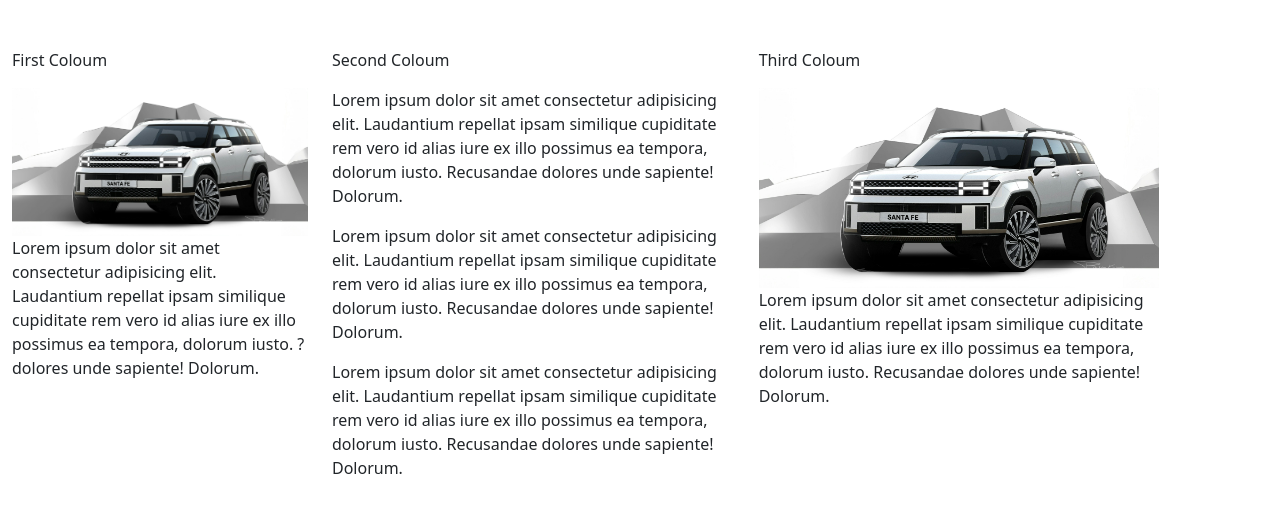
Repository: Femi007-gh/Classwork
Page: index.html
The author's editor kept a copy of each file at every save. The page is drawn from the files as they stood at one save, then again after the next save.
The browser window is 1280 px wide. The pictures show the whole page.

Above is the page before, as saved 2025-02-02 21:58:30.

After the next save:
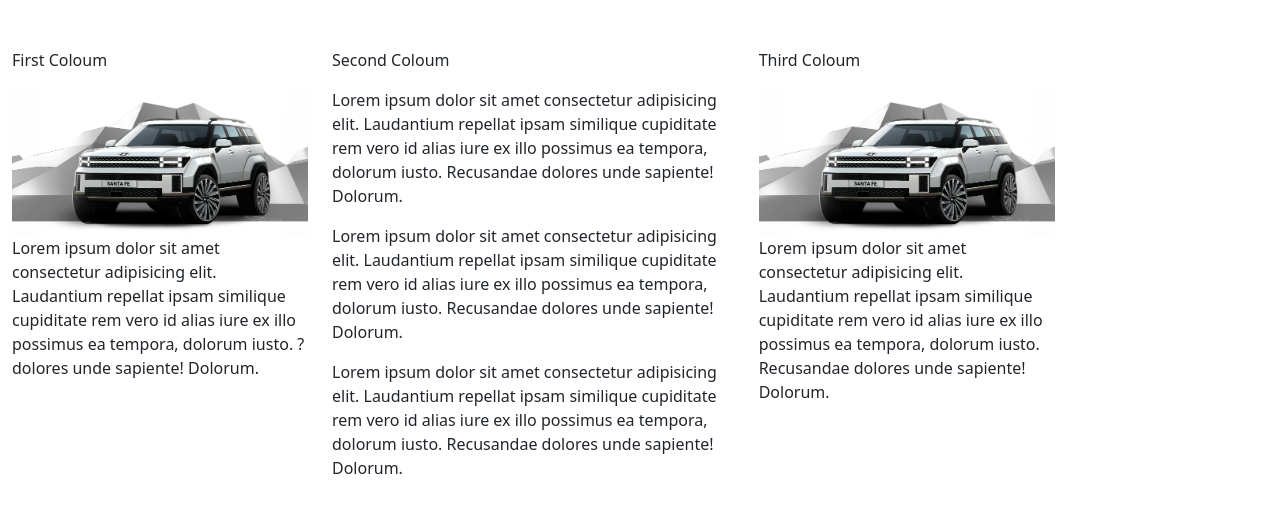
Saved 58 s later.
--- a/index.html
+++ b/index.html
@@ -18,7 +18,7 @@
       <p>Lorem ipsum dolor sit amet consectetur adipisicing elit. Laudantium repellat ipsam similique cupiditate rem vero id alias iure ex illo possimus ea tempora, dolorum iusto. Recusandae dolores unde sapiente! Dolorum.</p>
       <p>Lorem ipsum dolor sit amet consectetur adipisicing elit. Laudantium repellat ipsam similique cupiditate rem vero id alias iure ex illo possimus ea tempora, dolorum iusto. Recusandae dolores unde sapiente! Dolorum.</p>
       </div>
-      <div class="col-4">
+      <div class="col-3 md-4 lg-4 xl-4">
         <p>Third Coloum</p>
         <img class="img-fluid" src="suv.jpeg">
         <p>Lorem ipsum dolor sit amet consectetur adipisicing elit. Laudantium repellat ipsam similique cupiditate rem vero id alias iure ex illo possimus ea tempora, dolorum iusto. Recusandae dolores unde sapiente! Dolorum.</p>
